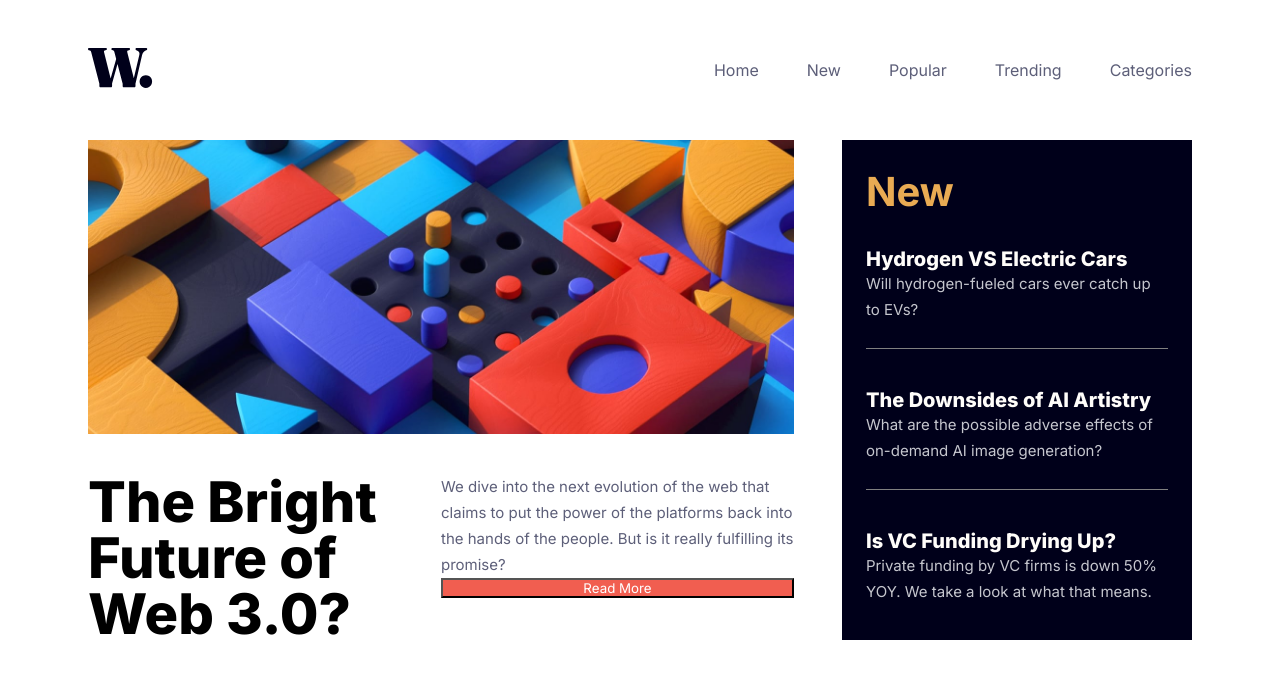
Repository: DevAntonioRogers/FrontendMentor-News-Homepage
Page: index.html
These files come from the project's save history. The page is drawn as it stood at one moment and after the next save; the edit follows.
The browser window is 1280 px wide. The pictures show the whole page.

Above is the page before, as saved 2023-04-21 12:51:40.

### index.html
<!DOCTYPE html>
<html lang="en">
  <head>
    <meta charset="UTF-8" />
    <meta http-equiv="X-UA-Compatible" content="IE=edge" />
    <meta name="viewport" content="width=device-width, initial-scale=1.0" />
    <link rel="stylesheet" href="styles.css" />
    <title>Document</title>
  </head>
  <body>
    <nav>
      <div class="logo">
        <img src="./assets/logo.svg" alt="logo" />
      </div>
      <ul class="nav-menu">
        <li>Home</li>
        <li>New</li>
        <li>Popular</li>
        <li>Trending</li>
        <li>Categories</li>
      </ul>
      <div class="mobile-icons">
        <img src="./assets/icon-menu.svg" alt="" />
        <img src="./assets/icon-menu-close.svg" alt="" />
      </div>
    </nav>

    <section class="hero">
      <div class="left">
        <picture>
          <source srcset="assets/image-web-3-mobile.jpg" media="(max-width: 768px)" />
          <img src="assets/image-web-3-desktop.jpg" alt="banner" />
        </picture>
        <article class="hero-article">
          <div>
            <h1>The Bright Future of Web 3.0?</h1>
          </div>
          <div>
            <p>
              We dive into the next evolution of the web that claims to put the power of the platforms back into the
              hands of the people. But is it really fulfilling its promise?
            </p>
            <button>Read More</button>
          </div>
        </article>
      </div>

      <div class="right">
        <h1>New</h1>

        <div>
          <h3>Hydrogen VS Electric Cars</h3>
          <p>Will hydrogen-fueled cars ever catch up to EVs?</p>
        </div>

        <div>
          <h3>The Downsides of AI Artistry</h3>
          <p>What are the possible adverse effects of on-demand AI image generation?</p>
        </div>

        <div>
          <h3>Is VC Funding Drying Up?</h3>
          <p>Private funding by VC firms is down 50% YOY. We take a look at what that means.</p>
        </div>
      </div>
    </section>
  </body>
</html>

### styles.css
@import url('https://fonts.googleapis.com/css2?family=Inter:wght@400;700;800&display=swap');

*{
  box-sizing: border-box;
  margin: 0;
  padding: 0;
  font-family: 'Inter', sans-serif;
}

/* img{
  width: 100%;
  height: 100%;
} */

body{
  max-width: 1200px;
  margin: auto;
  padding: 3rem;
}

a{
  text-decoration: none;
}

li{
  list-style: none;
}

/* NAVBAR STYLES */

nav{
  display: flex;
  justify-content: space-between;
  align-items: center;
}

.nav-menu{
  display: flex;
  gap: 3rem;
}

.nav-menu{
  color: hsl(236, 13%, 42%);
}

.mobile-icons{
  display: none;
}

/* HERO STYLES */

.hero{
  display: flex;
  justify-content: center;
  gap: 3rem;
  margin-top: 3rem;
  max-height: 500px;
}

.left{
  display: flex;
  flex-direction: column;
}

.left img{
  max-width: 100%;
  height: 100%;
}

.hero-article{
  display: flex;
  margin-top: 2.5rem;
}

.hero-article h1{
  font-weight: 800;
  font-size: 56px;
  line-height: 56px;
}

.hero-article div{
  display: flex;
  flex-direction: column;
  flex: 1;
}

.hero-article button{
  color: white;
  background-color: hsl(5, 85%, 63%);
  display: inline;
}

.hero-article p{
  font-weight: 400;
  font-size: 15px;
  line-height: 26px;
  color: hsl(236, 13%, 42%);
}











.right{
  background-color: hsl(240, 100%, 5%);
  color: white;
  padding: 2rem 1.5rem;
  display: flex;
  flex-direction: column;
  gap: 2rem;
  min-width: 350px;
}

.right h1{
  font-size: 40px;
  color: hsl(35, 77%, 62%);
  line-height: 40px;
  font-weight: 700;
}

.right h3 {
  font-weight: 800;
  font-size: 20px;
  line-height: 24px;
  color: hsl(36, 100%, 99%);
}

.right p{
  font-weight: 400;
  font-size: 15px;
  line-height: 26px;
  color: hsl(233, 8%, 79%);
}

.right div{
  margin: auto;
  border-bottom: solid 1px grey;
  padding-bottom: 25px;
}

.right div:nth-child(4){
  border: none;
  padding-bottom: 0;
}

After the next save:
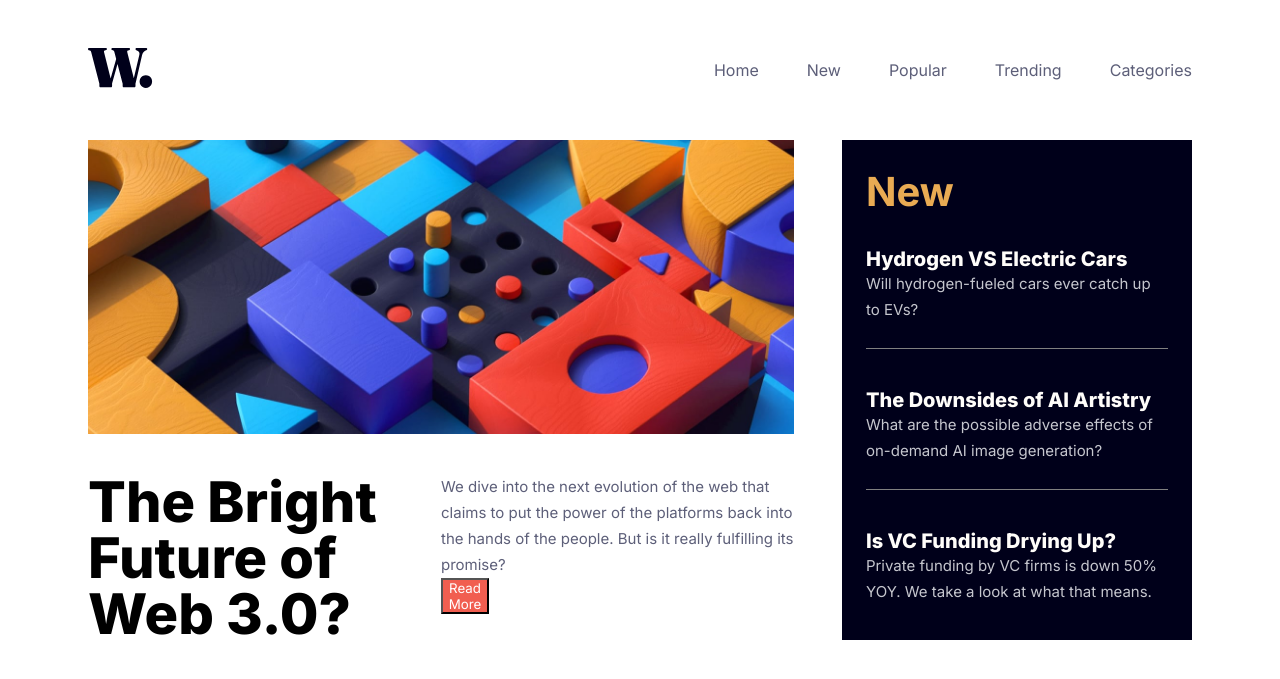
Saved 16 s later.
--- a/styles.css
+++ b/styles.css
@@ -87,7 +87,7 @@ nav{
 .hero-article button{
   color: white;
   background-color: hsl(5, 85%, 63%);
-  display: inline;
+  width: 48px;
 }
 
 .hero-article p{
